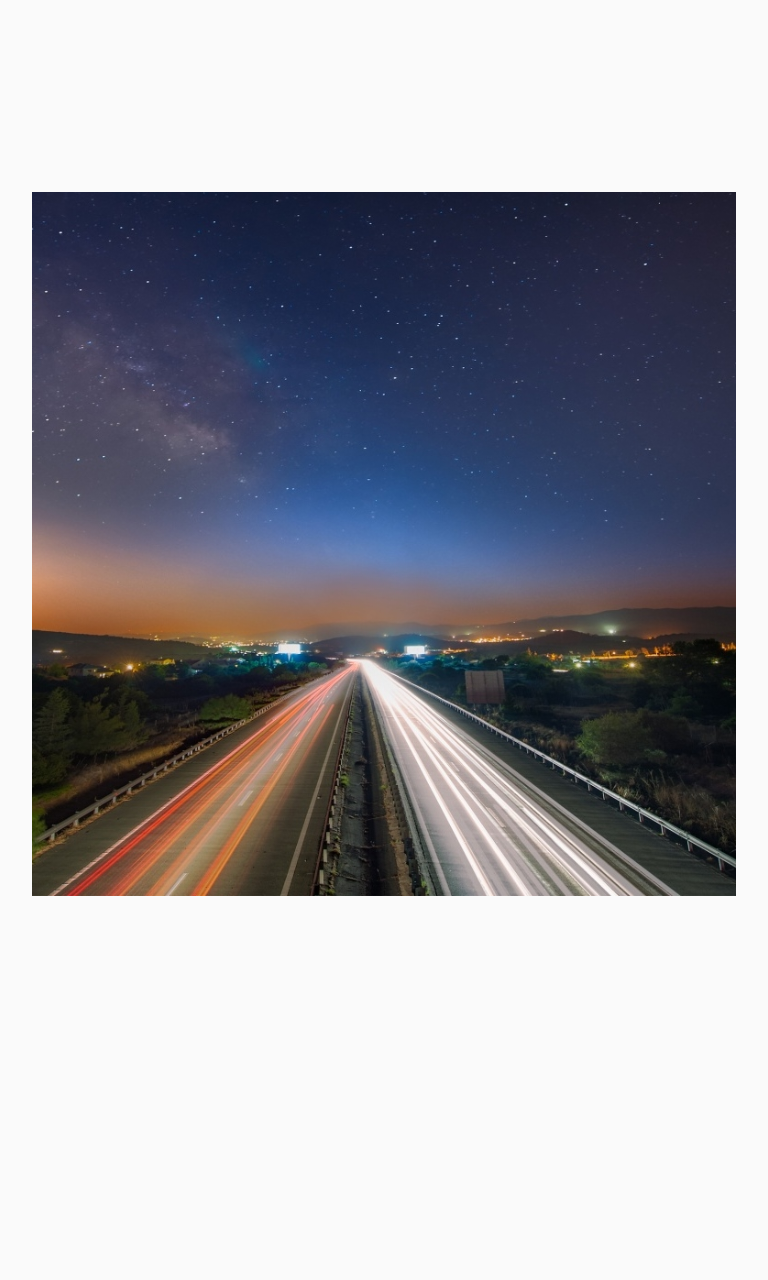
Repository: MarcSelles/nPuzzle10447768
Layout: NPuzzle10447768/res/layout/activity_main.xml
These files come from the project's save history. The layout is drawn as it stood at one moment and after the next save; the edit follows.
It is drawn on a 768 x 1280 px phone screen (xhdpi) without system bars, with theme AppTheme; the app's code is not run.

Above is the layout before, as saved 2014-11-22 17:33:41.

### NPuzzle10447768/res/layout/activity_main.xml
<RelativeLayout xmlns:android="http://schemas.android.com/apk/res/android"
    xmlns:tools="http://schemas.android.com/tools"
    android:layout_width="match_parent"
    android:layout_height="match_parent"
    android:paddingBottom="@dimen/activity_vertical_margin"
    android:paddingLeft="@dimen/activity_horizontal_margin"
    android:paddingRight="@dimen/activity_horizontal_margin"
    android:paddingTop="@dimen/activity_vertical_margin"
    tools:context="nl.mprog.projects.NPuzzle10447768.MainActivity" >

    <ImageView
        android:id="@+id/imageView1"
        android:layout_width="wrap_content"
        android:layout_height="wrap_content"
        android:src="@drawable/rush_hour" />

</RelativeLayout>

Loaded but not shown: NPuzzle10447768/res/values/styles.xml (common file); NPuzzle10447768/res/values-v11/styles.xml (common file); NPuzzle10447768/res/values-v14/styles.xml (common file); NPuzzle10447768/res/values/dimens.xml (common file); NPuzzle10447768/res/values-w820dp/dimens.xml (common file)

After the next save:
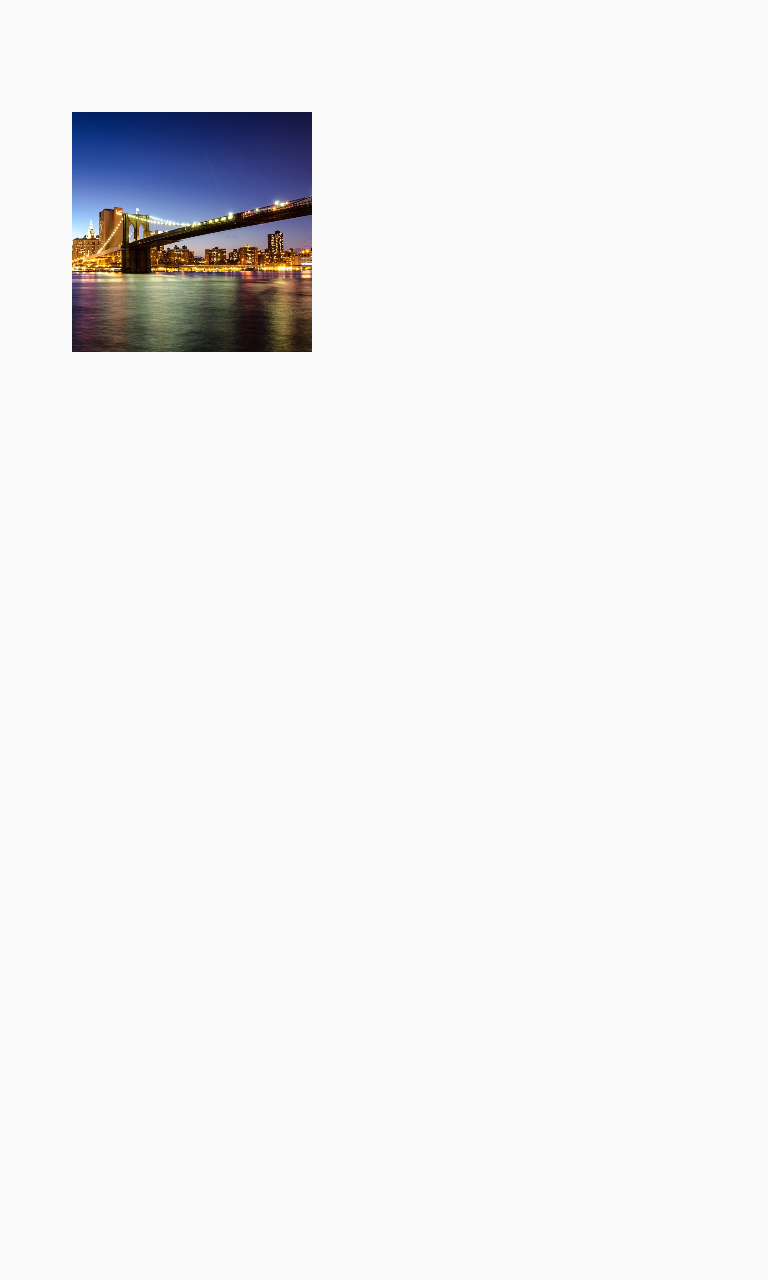
Saved 21 min 58 s later.
--- a/NPuzzle10447768/res/layout/activity_main.xml
+++ b/NPuzzle10447768/res/layout/activity_main.xml
@@ -10,8 +10,13 @@
 
     <ImageView
         android:id="@+id/imageView1"
-        android:layout_width="wrap_content"
-        android:layout_height="wrap_content"
-        android:src="@drawable/rush_hour" />
+        android:layout_width="120dp"
+        android:layout_height="120dp"
+        android:layout_alignParentLeft="true"
+        android:layout_alignParentTop="true"
+        android:layout_marginLeft="20dp"
+        android:layout_marginTop="40dp"
+        android:scaleType="fitXY"
+        android:src="@drawable/brooklyn_bridge" />
 
 </RelativeLayout>
